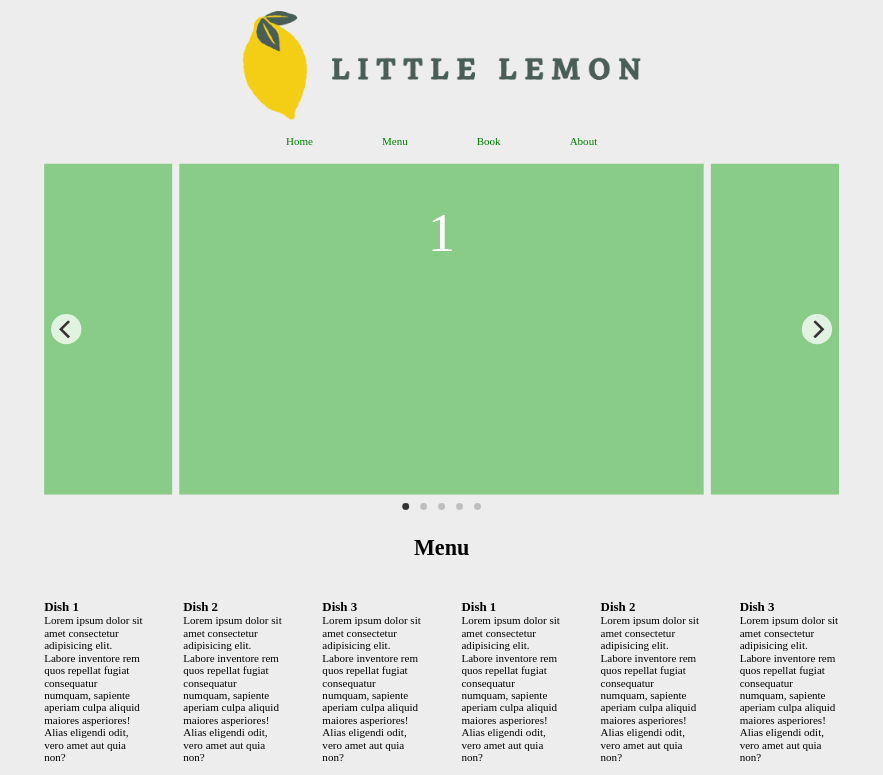
Repository: klone007/littleLemon
Page: index.html
The author's editor kept a copy of each file at every save. The page is drawn from the files as they stood at one save, then again after a run of saves.
The browser window is 1280 px wide. The pictures show the whole page, at 69% of full size.

Above is the page before, as saved 2022-11-16 22:33:25.

### index.html
<!DOCTYPE html>
<html lang="en">
<head>
    <meta charset="UTF-8">
    <meta http-equiv="X-UA-Compatible" content="IE=edge">
    <meta name="viewport" content="width=device-width, initial-scale=1.0">
    <title>Little Lemon</title>
    <meta name="author" content="Owned by Maria & Jason">
    <meta name="description" content="Little lemon restaurant">

    <link rel="stylesheet" href="./styles.css">
    <link rel="stylesheet" href="./docs/flickity.css" media="screen">
</head>
<body>
    <script src="./docs/flickity.pkgd.min.js"></script>
    <header>
        <img src="Asset 16@4x.png" alt="logo" />
    </header>

    <nav>
        <ul>
            <li><a href="#">Home</a></li>
            <li><a href="#">Menu</a></li>
            <li><a href="#">Book</a></li>
            <li><a href="#">About</a></li>
        </ul>
    </nav>

    <main>
        <div class="gallery js-flickity" data-flickity-options='{ "wrapAround": true }'>
            <div class="gallery-cell"></div>
            <div class="gallery-cell"></div>
            <div class="gallery-cell"></div>
            <div class="gallery-cell"></div>
            <div class="gallery-cell"></div>
        </div>

        <h1>Menu</h1>
        <section>
            <article>
                <h3>Dish 1</h3>
                <p>Lorem ipsum dolor sit amet consectetur adipisicing elit. Labore inventore rem quos repellat fugiat consequatur numquam, sapiente aperiam culpa aliquid maiores asperiores! Alias eligendi odit, vero amet aut quia non?</p>
            </article>
            <article>
                <h3>Dish 2</h3>
                <p>Lorem ipsum dolor sit amet consectetur adipisicing elit. Labore inventore rem quos repellat fugiat consequatur numquam, sapiente aperiam culpa aliquid maiores asperiores! Alias eligendi odit, vero amet aut quia non?</p>
            </article>
            <article>
                <h3>Dish 3</h3>
                <p>Lorem ipsum dolor sit amet consectetur adipisicing elit. Labore inventore rem quos repellat fugiat consequatur numquam, sapiente aperiam culpa aliquid maiores asperiores! Alias eligendi odit, vero amet aut quia non?</p>
            </article>
            <article>
                <h3>Dish 1</h3>
                <p>Lorem ipsum dolor sit amet consectetur adipisicing elit. Labore inventore rem quos repellat fugiat consequatur numquam, sapiente aperiam culpa aliquid maiores asperiores! Alias eligendi odit, vero amet aut quia non?</p>
            </article>
            <article>
                <h3>Dish 2</h3>
                <p>Lorem ipsum dolor sit amet consectetur adipisicing elit. Labore inventore rem quos repellat fugiat consequatur numquam, sapiente aperiam culpa aliquid maiores asperiores! Alias eligendi odit, vero amet aut quia non?</p>
            </article>
            <article>
                <h3>Dish 3</h3>
                <p>Lorem ipsum dolor sit amet consectetur adipisicing elit. Labore inventore rem quos repellat fugiat consequatur numquam, sapiente aperiam culpa aliquid maiores asperiores! Alias eligendi odit, vero amet aut quia non?</p>
            </article>
        </section>
    </main>
</body>
</html>

### styles.css
*{
    margin:0;
    padding:0;
    -webkit-box-sizing: border-box;
    box-sizing: border-box;
}

body {
    background-color: #ededed;
    margin-top: 1rem;
    margin-bottom: 1rem;
    margin-left: 5%;
    margin-right: 5%;
}

header > img {
    display: block;
    margin-left: auto;
    margin-right: auto;
    width:50%;
}

nav  ul {
    list-style: none;
    display: flex;
    justify-content: center;
    margin: 2%;

}

nav a:link {
    text-decoration: none;
    color: green;
    padding: 10px 50px;

}

nav a:hover {
    background-color: green;
    color: antiquewhite;
}

main > h1 {
    display: flex;
    justify-content: center;
    align-items: center;
    margin-top:5%;
}
section {
    display: flex;
    justify-content: center;
    align-items: center;
    margin-top: 5%;
    margin-left: auto;
    margin-right: auto;
    gap: 5%;
}



.gallery {
    background: #EEE;
  }

  .gallery-cell {
    width: 66%;
    height: 30rem;
    margin-right: 10px;
    background: #8C8;
    counter-increment: gallery-cell;
  }

  /* cell number */
  .gallery-cell:before {
    display: block;
    text-align: center;
    content: counter(gallery-cell);
    line-height: 200px;
    font-size: 80px;
    color: white;
  }

### docs/flickity.css
/*! Flickity v2.3.0
https://flickity.metafizzy.co
---------------------------------------------- */

.flickity-enabled {
  position: relative;
}

.flickity-enabled:focus { outline: none; }

.flickity-viewport {
  overflow: hidden;
  position: relative;
  height: 100%;
}

.flickity-slider {
  position: absolute;
  width: 100%;
  height: 100%;
}

/* draggable */

.flickity-enabled.is-draggable {
  -webkit-tap-highlight-color: transparent;
  -webkit-user-select: none;
     -moz-user-select: none;
      -ms-user-select: none;
          user-select: none;
}

.flickity-enabled.is-draggable .flickity-viewport {
  cursor: move;
  cursor: -webkit-grab;
  cursor: grab;
}

.flickity-enabled.is-draggable .flickity-viewport.is-pointer-down {
  cursor: -webkit-grabbing;
  cursor: grabbing;
}

/* ---- flickity-button ---- */

.flickity-button {
  position: absolute;
  background: hsla(0, 0%, 100%, 0.75);
  border: none;
  color: #333;
}

.flickity-button:hover {
  background: white;
  cursor: pointer;
}

.flickity-button:focus {
  outline: none;
  box-shadow: 0 0 0 5px #19F;
}

.flickity-button:active {
  opacity: 0.6;
}

.flickity-button:disabled {
  opacity: 0.3;
  cursor: auto;
  /* prevent disabled button from capturing pointer up event. #716 */
  pointer-events: none;
}

.flickity-button-icon {
  fill: currentColor;
}

/* ---- previous/next buttons ---- */

.flickity-prev-next-button {
  top: 50%;
  width: 44px;
  height: 44px;
  border-radius: 50%;
  /* vertically center */
  transform: translateY(-50%);
}

.flickity-prev-next-button.previous { left: 10px; }
.flickity-prev-next-button.next { right: 10px; }
/* right to left */
.flickity-rtl .flickity-prev-next-button.previous {
  left: auto;
  right: 10px;
}
.flickity-rtl .flickity-prev-next-button.next {
  right: auto;
  left: 10px;
}

.flickity-prev-next-button .flickity-button-icon {
  position: absolute;
  left: 20%;
  top: 20%;
  width: 60%;
  height: 60%;
}

/* ---- page dots ---- */

.flickity-page-dots {
  position: absolute;
  width: 100%;
  bottom: -25px;
  padding: 0;
  margin: 0;
  list-style: none;
  text-align: center;
  line-height: 1;
}

.flickity-rtl .flickity-page-dots { direction: rtl; }

.flickity-page-dots .dot {
  display: inline-block;
  width: 10px;
  height: 10px;
  margin: 0 8px;
  background: #333;
  border-radius: 50%;
  opacity: 0.25;
  cursor: pointer;
}

.flickity-page-dots .dot.is-selected {
  opacity: 1;
}

Loaded but not shown: docs/flickity.pkgd.min.js (library)

After the next 2 saves:
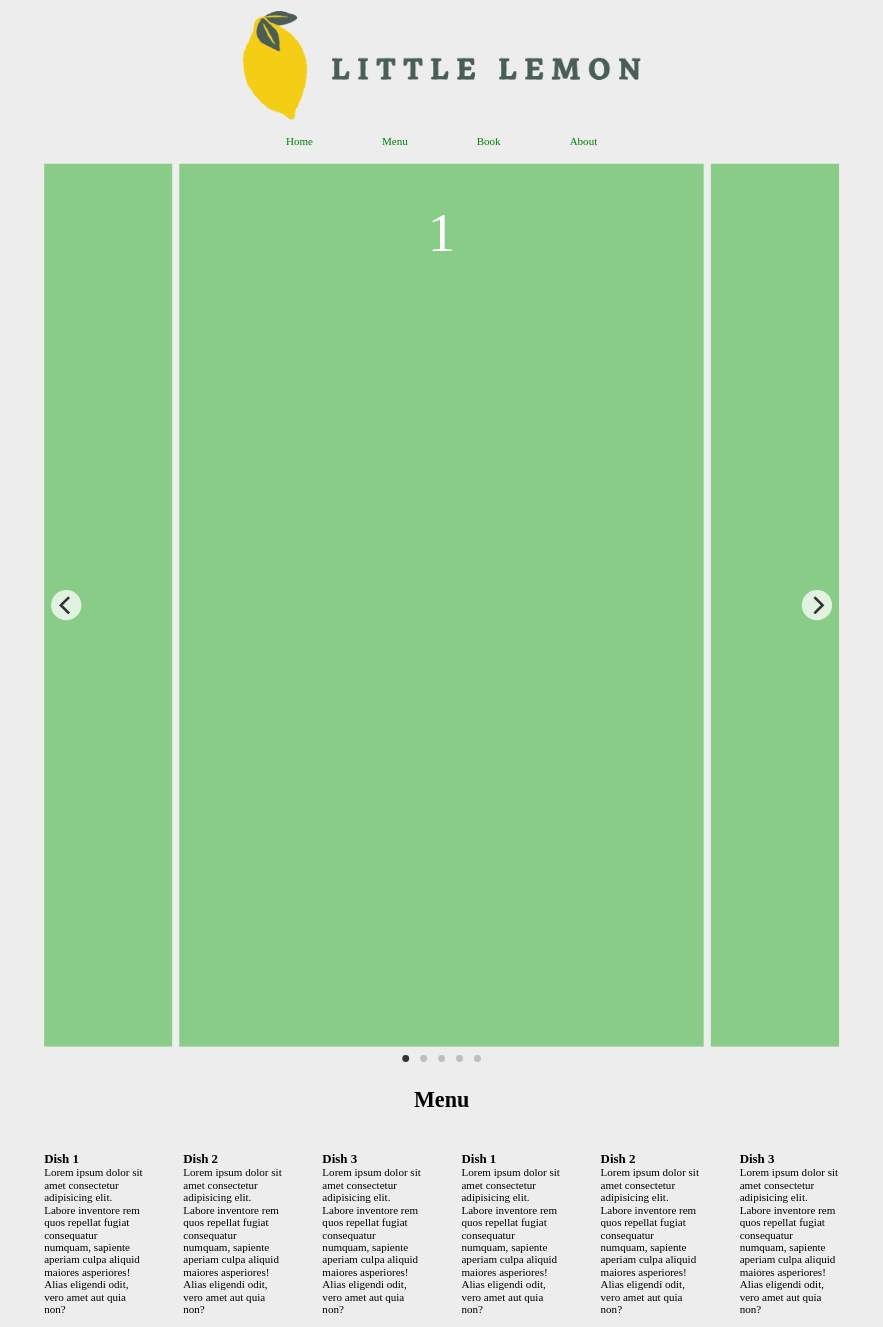
The 2 saves are shown as one change because they came seconds apart.
The last was saved 82 s later.
--- a/styles.css
+++ b/styles.css
@@ -64,7 +64,7 @@
 
   .gallery-cell {
     width: 66%;
-    height: 30rem;
+    height: 100vw;
     margin-right: 10px;
     background: #8C8;
     counter-increment: gallery-cell;
